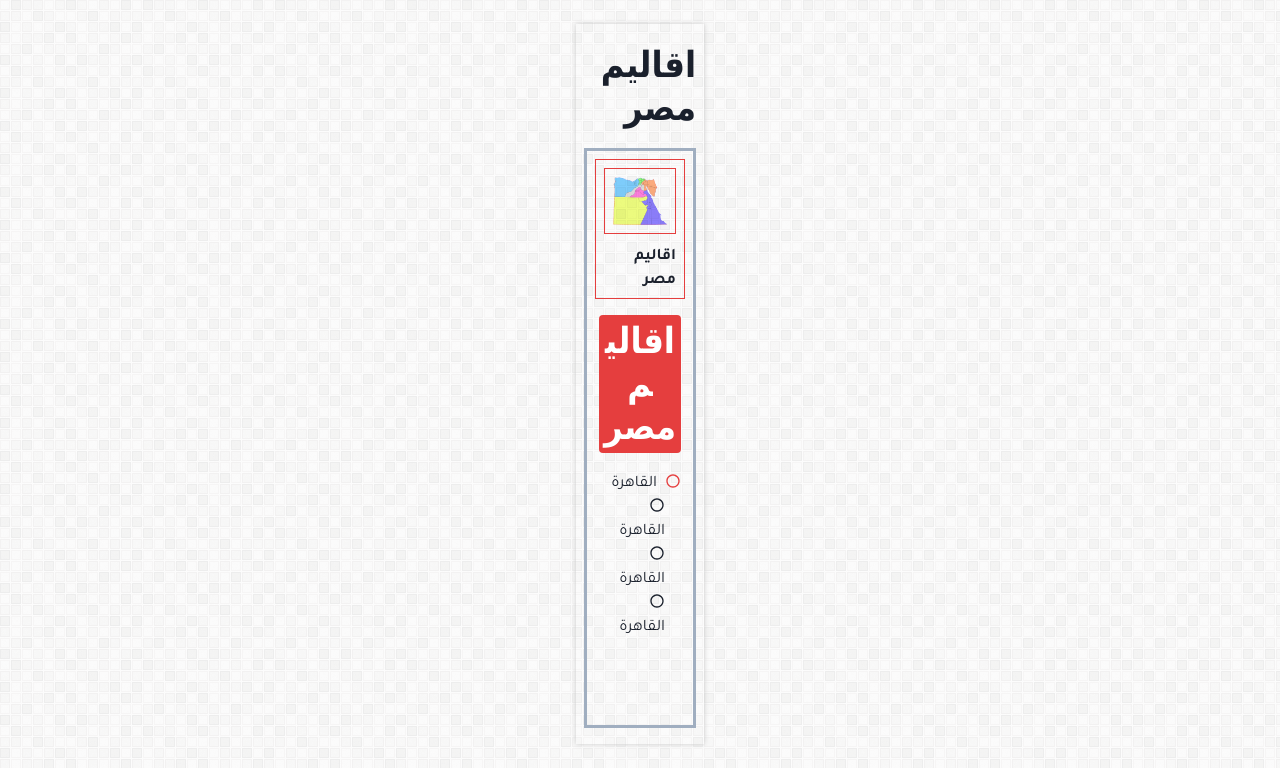
Repository: ahmed-mohamed-eng/egypt-gov-map
Page: /
The author's editor kept a copy of each file at every save. The page is drawn from the files as they stood at one save, then again after the next save.
The browser window is 1280 px wide. The pictures show the whole page.
Some web fonts or font styles are not loaded; a fallback is used. The project was rebuilt for these pictures with package versions that can differ from the ones it lists, and the page was loaded fresh each time. The framework's server and built-in components were replaced by stand-ins that run in the browser. Also part of the build but not shown: next.config.js.

Above is the page before, as saved 2022-05-30 13:38:27.

### pages/_app.tsx
import "../styles/globals.css";

import type { AppProps } from "next/app";

import { ChakraProvider, extendTheme } from "@chakra-ui/react";

const theme = extendTheme({
  fonts: {
    heading: `Arial, Helvetica,"Aref Ruqaa" ,'Segoe UI', Tahoma, Geneva, Verdana, sans-serif`,
  },
});

function MyApp({ Component, pageProps }: AppProps) {
  return (
    <ChakraProvider theme={theme}>
      <Component {...pageProps} />
    </ChakraProvider>
  );
}

export default MyApp;

### pages/_document.tsx
import Document, {
  Html,
  Head,
  Main,
  NextScript,
  DocumentContext,
} from "next/document";

class MyDocument extends Document {
  static async getInitialProps(ctx: DocumentContext) {
    const initialProps = await Document.getInitialProps(ctx);
    return { ...initialProps };
  }

  render() {
    return (
      <Html dir="rtl" lang="ar">
        <Head />
        <body>
          <Main />
          <NextScript />
        </body>
      </Html>
    );
  }
}

export default MyDocument;

### pages/index.tsx
import type { NextPage } from "next";

// Custom Components
import Header from "../components/Header";
import PageContainer from "../components/PageContainer";
import MainContentArea from "../components/MainContentArea";

const Home: NextPage = () => {
  return (
    <PageContainer>
      <Header headerTitle="اقاليم مصر" />
      <MainContentArea />
    </PageContainer>
  );
};

export default Home;

### styles/globals.css
@import url("https://fonts.googleapis.com/css2?family=Amiri:ital,wght@0,700;1,400;1,700&family=Aref+Ruqaa:wght@400;700&family=Tajawal:wght@300;400;500;700;800;900&display=swap");

@tailwind base;
@tailwind components;
@tailwind utilities;

html,
body {
  padding: 0;
  margin: 0;
  font-family: -apple-system, BlinkMacSystemFont, Segoe UI, Roboto, Oxygen,
    Ubuntu, Cantarell, Fira Sans, Droid Sans, Helvetica Neue, sans-serif;
}

a {
  color: inherit;
  text-decoration: none;
}

* {
  box-sizing: border-box;
  font-family: Arial, Helvetica, "Tajawal", "Aref Ruqaa", "Segoe UI", Tahoma,
    Geneva, Verdana, sans-serif;
}

### components/Header/index.tsx
export { Header as default } from "./Header";

### components/PageContainer/index.tsx
export { PageContainer as default } from "./PageContainer";

### components/MainContentArea/index.tsx
export { MainContentArea as default } from "./MainContentArea";

### components/Header/Header.tsx
import { Flex, Heading } from "@chakra-ui/react";

export interface HeaderProps {
  headerTitle: string;
}

export const Header = (props: HeaderProps) => {
  return (
    <Flex
      as="header"
      justifyContent="center"
      alignItems="center"
      fontSize="1.5rem"
      fontFamily="arabic"
      flex="1"
    >
      <Heading as="h1">{props.headerTitle}</Heading>
    </Flex>
  );
};

### components/PageContainer/PageContainer.tsx
import { Center, Flex, VStack } from "@chakra-ui/react";

// import bgImage from "../../images/backgroundImage.png";

export const PageContainer = (props: any) => {
  return (
    <Flex backgroundImage={`url(../../images/backgroundImage.png)`}>
      <Center w="full" h="full" py="1.5rem">
        <VStack
          width={["10vw"]}
          minH="100vh"
          boxShadow="0 0 5px #CACACA"
          py="1rem"
          px="0.5rem"
          spacing="1rem"
        >
          {props.children}
        </VStack>
      </Center>
    </Flex>
  );
};

### components/MainContentArea/MainContentArea.tsx
import { VStack } from "@chakra-ui/react";

// Custom Components.
import MapArea from "./MapArea";
import QuickNavigationArea from "./QuickNavigationArea";

export const MainContentArea = () => {
  return (
    <VStack
      as="main"
      w="full"
      p="0.5rem"
      spacing="1rem"
      borderWidth="medium"
      borderColor="gray.400"
      flex="14"
    >
      <MapArea />
      <QuickNavigationArea />
    </VStack>
  );
};

### components/MainContentArea/MapArea/index.tsx
export { MapArea as default } from "./MapArea";

### components/MainContentArea/QuickNavigationArea/index.tsx
export { QuickNavigationArea as default } from "./QuickNavigationArea";

### components/MainContentArea/MapArea/MapArea.tsx
import { VStack } from "@chakra-ui/react";

// Custom Components.
import MapImage from "./MapImage";
import MapInfoDisplayedLinks from "./MapInfoDisplayedLinks";

export const MapArea = () => {
  return (
    <VStack
      borderWidth="thin"
      borderColor="red.500"
      p="0.5rem"
      w="full"
      spacing="0.5rem"
    >
      <MapImage />
      <MapInfoDisplayedLinks
        breadcrumbItems={[
          {
            text: "اقاليم مصر",
            url: "#",
          },
        ]}
      />
    </VStack>
  );
};

### components/MainContentArea/QuickNavigationArea/QuickNavigationArea.tsx
import { VStack, Heading } from "@chakra-ui/react";
import CitiesList from "./CitiesList";

export const QuickNavigationArea = () => {
  return (
    <VStack w="full" spacing="1rem" px="0.25rem">
      <Heading
        w="full"
        h="fit-content"
        borderRadius="0.25rem"
        color="white"
        bg="red.500"
        p="0.25rem"
        textAlign="center"
      >
        اقاليم مصر
      </Heading>
      <CitiesList
        list={[
          {
            provinceName: "القاهرة",
            url: "https://www.google.com",
            childItems: [
              {
                cityName: "القاهرة",
                url: "https://www.google.com/",
              },
              {
                cityName: "القاهرة",
                url: "https://www.google.com/",
              },
              {
                cityName: "القاهرة",
                url: "https://www.google.com/",
              },
            ],
          },
        ]}
      />
    </VStack>
  );
};

### components/MainContentArea/MapArea/MapImage/index.tsx
export { MapImage as default } from "./MapImage";

### components/MainContentArea/MapArea/MapInfoDisplayedLinks/index.tsx
export { MapInfoDisplayedLinks as default } from "./MapInfoDisplayedLinks";

### components/MainContentArea/QuickNavigationArea/CitiesList/index.tsx
export { CitiesList as default } from "./CitiesList";

### components/MainContentArea/MapArea/MapImage/MapImage.tsx
import React from "react";

import { Flex, Image } from "@chakra-ui/react";

// Images Sources.
import mapImage from "../../../../images/Egypt_Provinces.webp";

export const MapImage = () => {
  return (
    <Flex borderWidth="thin" borderColor="red.500" p="0.5rem">
      <Image mixBlendMode="multiply" src={mapImage.src} alt="Egypt Province Map" />
    </Flex>
  );
};

### components/MainContentArea/MapArea/MapInfoDisplayedLinks/MapInfoDisplayedLinks.tsx
import { v4 as uuidV4 } from "uuid";

import { Breadcrumb, BreadcrumbItem, BreadcrumbLink } from "@chakra-ui/react";

export type BreadcrumbElement = {
  url: string;
  text: string;
};

export interface MapInfoDisplayedLinksProps {
  breadcrumbItems: Array<BreadcrumbElement>;
}

export const MapInfoDisplayedLinks = (props: MapInfoDisplayedLinksProps) => {
  const breadcrumbItems = props.breadcrumbItems.map((item) => {
    return (
      <BreadcrumbItem key={uuidV4()}>
        <BreadcrumbLink fontWeight="600" href={item.url}>
          {item.text}
        </BreadcrumbLink>
      </BreadcrumbItem>
    );
  });

  return <Breadcrumb w="full">{breadcrumbItems}</Breadcrumb>;
};

### components/MainContentArea/QuickNavigationArea/CitiesList/CitiesList.tsx
import { v4 as uuidV4 } from "uuid";

import { List, ListItem, ListIcon } from "@chakra-ui/react";

import { BiCircle } from "react-icons/bi";

export type city = {
  cityName: string;
  url: string;
};

export type province = {
  provinceName: string;
  url: string;
  childItems: Array<city>;
};

export interface CitiesListProps {
  list: Array<province>;
}

export const CitiesList = (props: CitiesListProps) => {
  const items = props.list.map((item, parentIndex) => {
    return (
      <List key={uuidV4()}>
        <ListItem as="a" href={item.url}>
          <ListIcon as={BiCircle} color="red.500" fill="red.500" />
          {item.provinceName}
        </ListItem>
        {item.childItems.map((childItem) => {
          return (
            <List key={uuidV4()} pr={`${parentIndex + 1}rem`}>
              <ListItem as="a" href={childItem.url}>
                <ListIcon as={BiCircle} />
                {childItem.cityName}
              </ListItem>
            </List>
          );
        })}
      </List>
    );
  });
  return <List w="full">{items}</List>;
};

Loaded but not shown: tailwind.config.js (common file)

After the next save:
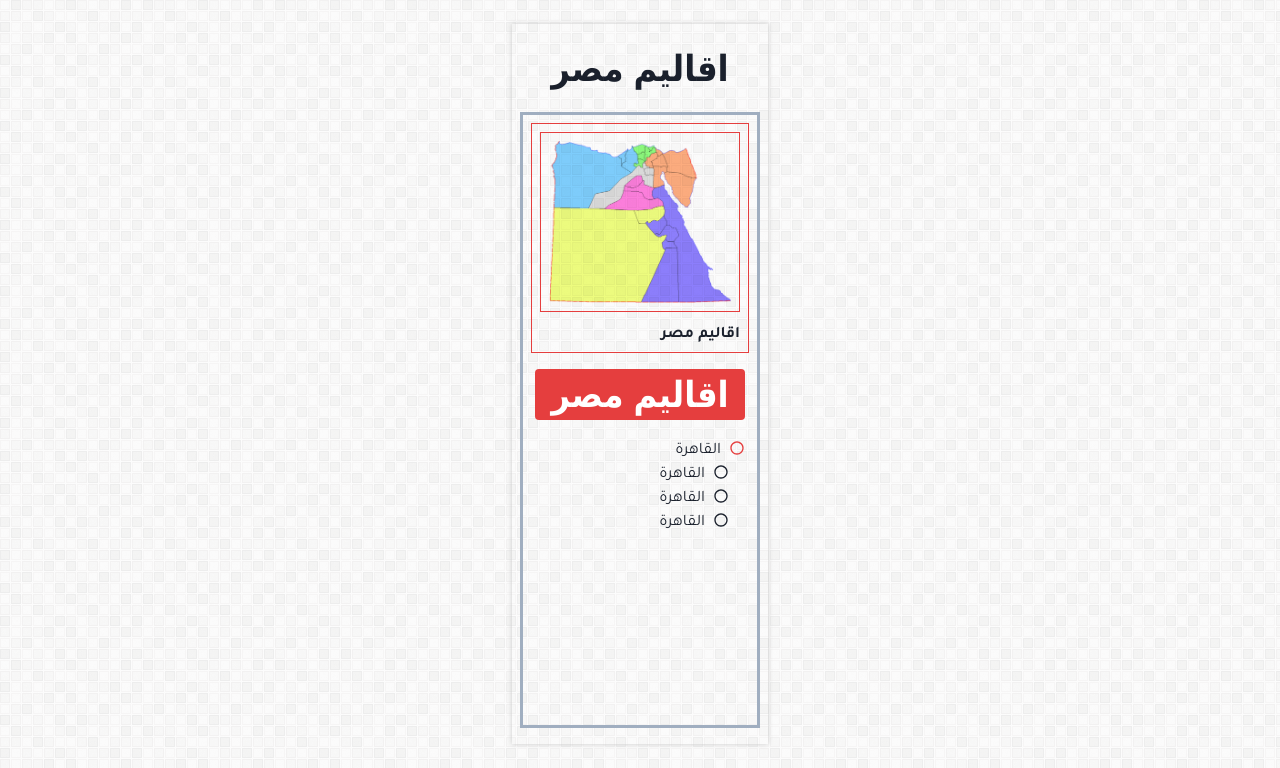
Saved 4 s later.
--- a/components/PageContainer/PageContainer.tsx
+++ b/components/PageContainer/PageContainer.tsx
@@ -7,7 +7,7 @@ export const PageContainer = (props: any) => {
     <Flex backgroundImage={`url(../../images/backgroundImage.png)`}>
       <Center w="full" h="full" py="1.5rem">
         <VStack
-          width={["10vw"]}
+          width={["20vw"]}
           minH="100vh"
           boxShadow="0 0 5px #CACACA"
           py="1rem"
